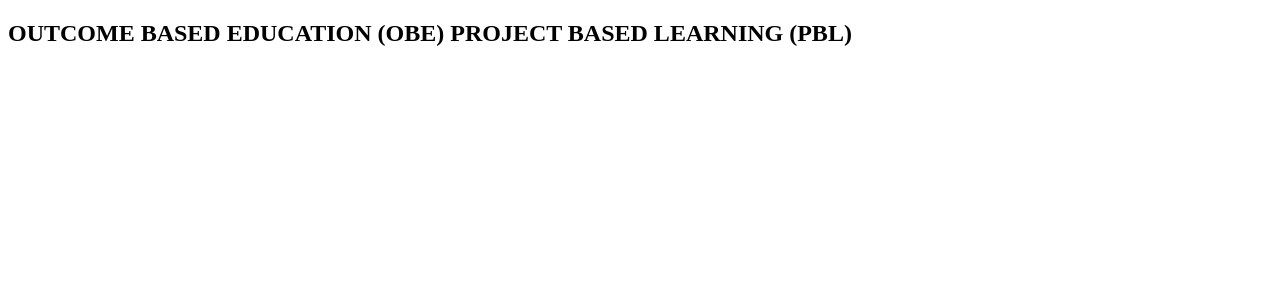
Repository: kenyi-mic/ugv-celender-ui
Page: /
An editor plug-in stored every save of this project. The page is shown before and after the next save, followed by the edit.
The browser window is 1280 px wide. The pictures show the whole page.
The project was rebuilt for these pictures with package versions that can differ from the ones it lists, and the page was loaded fresh each time.

Above is the page before, as saved 2021-06-28 16:43:41.

### public/index.html
<!DOCTYPE html>
<html lang="en">
  <head>
    <meta charset="utf-8" />
    <link rel="icon" href="%PUBLIC_URL%/favicon.ico" />
    <meta name="viewport" content="width=device-width, initial-scale=1" />
    <meta name="theme-color" content="#000000" />
    <meta
      name="description"
      content="Web site created using create-react-app"
    />

    <!--
      manifest.json provides metadata used when your web app is installed on a
      user's mobile device or desktop. See https://developers.google.com/web/fundamentals/web-app-manifest/
    -->
    <link rel="manifest" href="%PUBLIC_URL%/manifest.json" />
    <!--
      Notice the use of %PUBLIC_URL% in the tags above.
      It will be replaced with the URL of the `public` folder during the build.
      Only files inside the `public` folder can be referenced from the HTML.

      Unlike "/favicon.ico" or "favicon.ico", "%PUBLIC_URL%/favicon.ico" will
      work correctly both with client-side routing and a non-root public URL.
      Learn how to configure a non-root public URL by running `npm run build`.
    -->
    <title>React App</title>
  </head>
  <body>
    <noscript>You need to enable JavaScript to run this app.</noscript>
    <header id="root"></header>
    <!--
      This HTML file is a template.
      If you open it directly in the browser, you will see an empty page.

      You can add webfonts, meta tags, or analytics to this file.
      The build step will place the bundled scripts into the <body> tag.

      To begin the development, run `npm start` or `yarn start`.
      To create a production bundle, use `npm run build` or `yarn build`.
    -->
  </body>
</html>

### src/index.js
import React, { Component } from "react";
import ReactDOM from "react-dom";
import Header from "./components/Header";
//import 'bootstrap/dist/css/bootstrap.min.css';

class Index extends Component {
  state = {};
  render() {
    return <Header />;
  }
}

ReactDOM.render(<Index />, document.getElementById("root"));

### src/components/Header.js
import React from "react";

function Header() {
  const header = "Outcome based education (obe) Project based learning (PBL)";
  var caps = header.toUpperCase();
  return (
    <div>
      <h2>{caps}</h2>
    </div>
  );
}

export default Header;

After the next save:
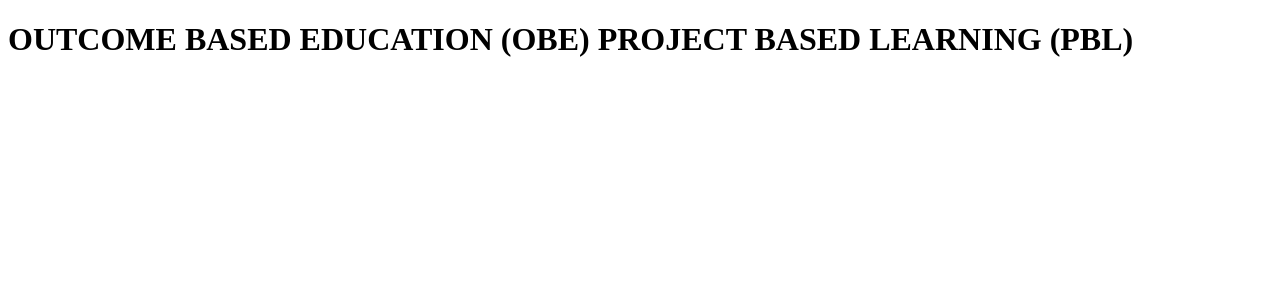
Saved 28 s later.
--- a/src/components/Header.js
+++ b/src/components/Header.js
@@ -5,7 +5,7 @@
   var caps = header.toUpperCase();
   return (
     <div>
-      <h2>{caps}</h2>
+      <h1>{caps}</h1>
     </div>
   );
 }
